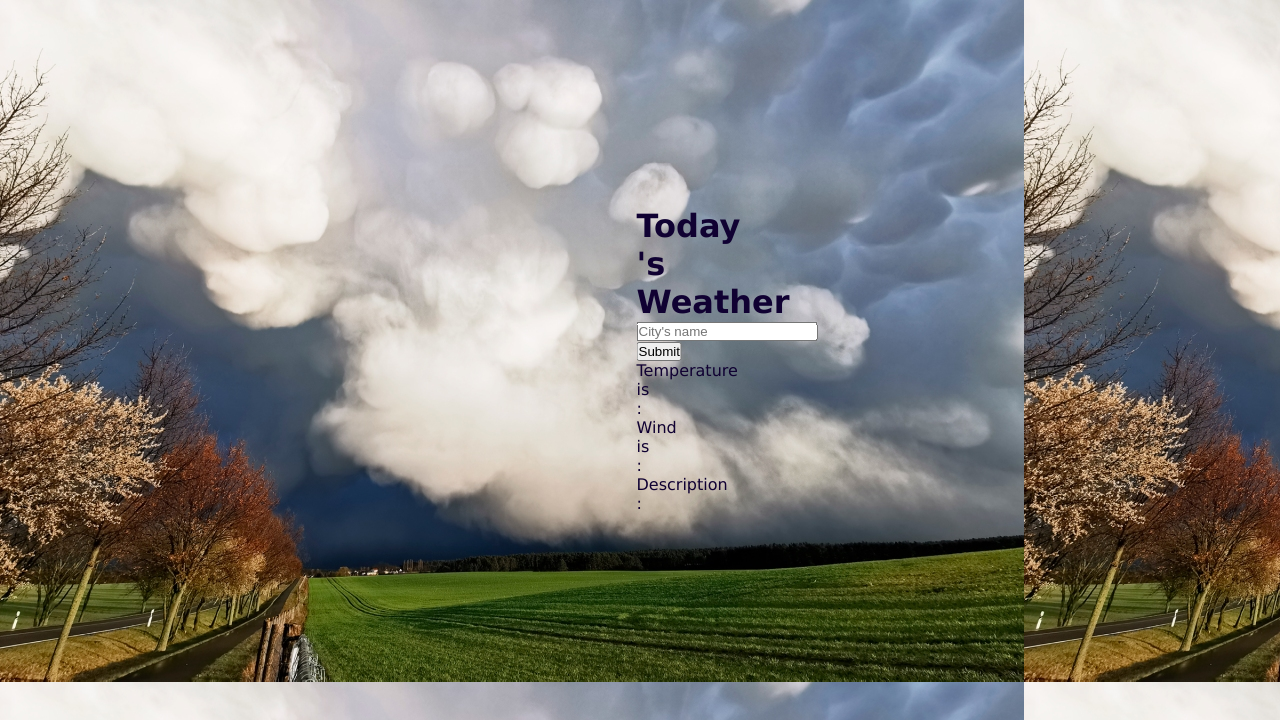
Repository: heartbreathing/searchWeather
Page: index.html
An editor plug-in stored every save of this project. The page is shown before and after a run of saves, followed by the edit.
The browser window is 1280 px wide. The pictures show the whole page.

Above is the page before, as saved 2022-11-06 22:39:54.

After the next 2 saves:
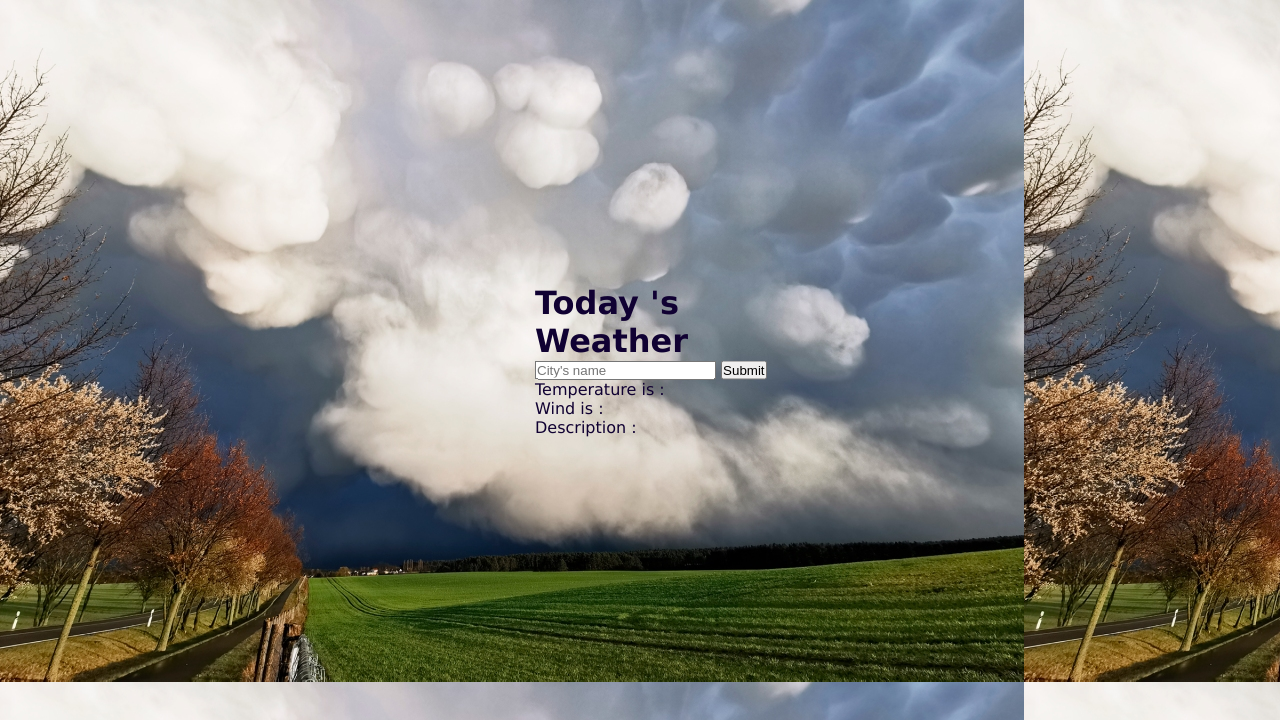
The 2 saves are shown as one change because they came seconds apart.
The last was saved 10 s later.
--- a/index.css
+++ b/index.css
@@ -15,5 +15,4 @@ body {
     top:50%;
     left:50%;
     transform: translate(-35%, -50%);
-    inline-size: 10px;
 }
